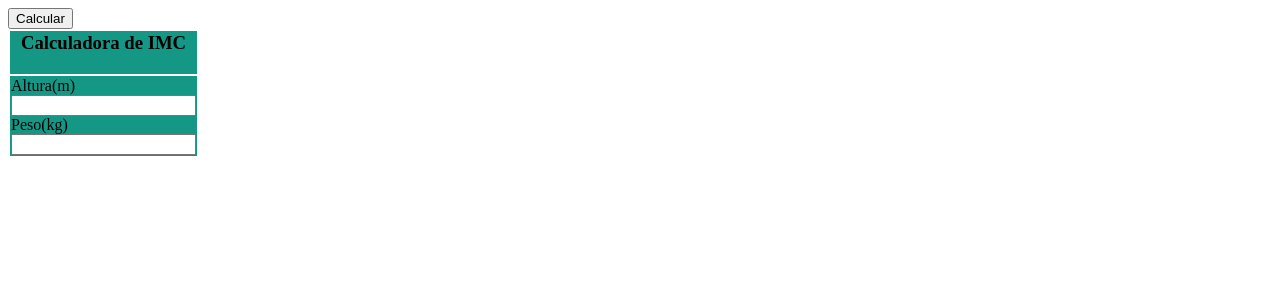
Repository: Patriciamativi/Projetos
Page: index.html
These files come from the project's save history. The page is drawn as it stood at one moment and after the next save; the edit follows.
The browser window is 1280 px wide. The pictures show the whole page.

Above is the page before, as saved 2022-11-21 14:29:22.

After the next save:
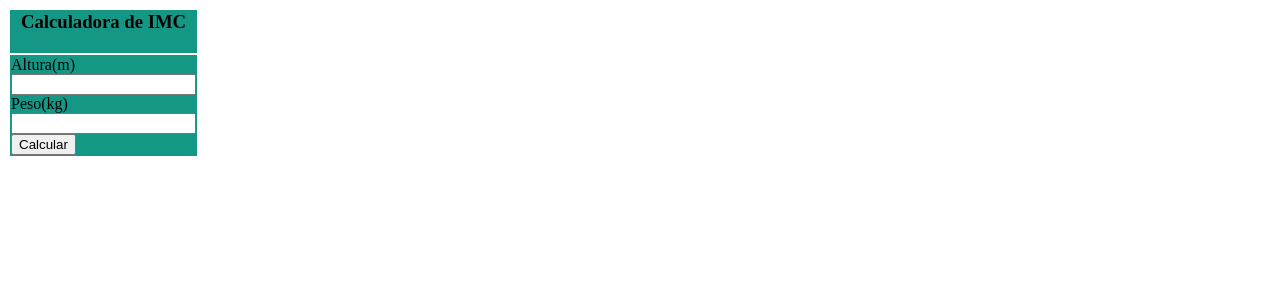
Saved 5 s later.
--- a/index.html
+++ b/index.html
@@ -22,9 +22,9 @@
         <td>Altura(m)<br/>
             <input type: "number" > </br>
             Peso(kg)<br/>
-            <input type: "number" > </br></td>
+            <input type: "number" > </br> <input type= "submit" value="Calcular">
+  </td>
 
-        <input type= "submit" value="Calcular">
 
     </table>
 </body>
